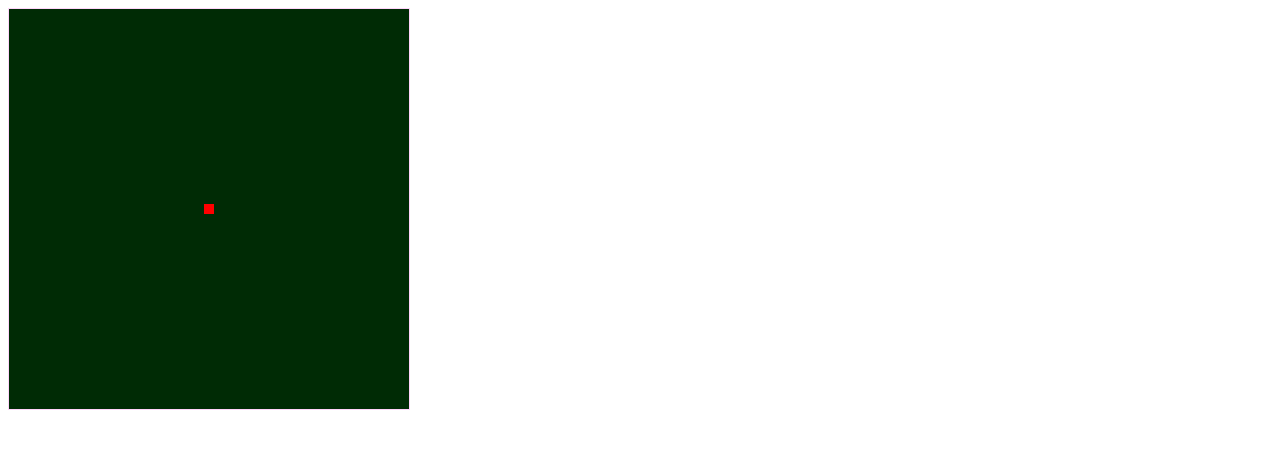
Repository: HyunraDate/ZhongpingShen
Page: Chocolate.html
An editor plug-in stored every save of this project. The page is shown before and after the next save, followed by the edit.
The browser window is 1280 px wide. The pictures show the whole page.

Above is the page before, as saved 2024-02-14 15:28:54.

### Chocolate.html
 <!DOCTYPE html>
 <html lang="en">
 <head>
    <meta charset="UTF-8">
    <meta name="viewport" content="width=device-width, initial-scale=1.0">
    <title>Valentines Day</title>
    <style>
      #webgl {
         border: 1px solid #ffd4fb;
      }
    </style>
 </head>

 <body>
    <canvas id="webgl" width="400" height="400">
      情人节快乐！
    </canvas>
    <script src="app.js"></script>
 </body>
 </html>

### app.js
let canvas = document.getElementById('webgl')
let gl = canvas.getContext('webgl') //webgl 是3d，2d直接写2d


//vertexShader, fragmentShader 组成program
let vertexSource = `
void main() {
    gl_Position = vec4 (0.0, 0.0, 0.0, 1.0);
    gl_PointSize = 10.0;
}
`
//glsl

//this is 像素点的颜色的信息
let fragmentSource = `
void main() {
    gl_FragColor = vec4(1.0, 0.0, 0.0, 1.0);
}
`;

//this is 容器
let vertexShader = gl.createShader(gl.VERTEX_SHADER)
let fragmentShader = gl.createShader(gl.FRAGMENT_SHADER)

gl.shaderSource(vertexShader, vertexSource)
gl.shaderSource(fragmentShader, fragmentSource)

gl.compileShader(vertexShader)
gl.compileShader(fragmentShader)

//program
let program = gl.createProgram()
gl.attachShader(program, vertexShader)
gl.attachShader(program, fragmentShader)
gl.linkProgram(program)
gl.useProgram(program)

//webgl (3d) //清空canvas画布
gl.clearColor(0.0, 0.17, 0.02, 1.0)  //(0.0, 0.0, 0.0, 1.0)Black //RGB + Ahpha透明通道，0.0完全透明
gl.clear(gl.COLOR_BUFFER_BIT) //大写：常量 like Math.PI //this is 清空颜色*(整个画布)

//画一个点
gl.drawArrays(gl.POINTS, 0,1)

//webgl (2d)
//ctx.fillRect(0, 0, 400, 400)
// gl.fillStyle = 'fuchsia'
// gl.fillRect(0, 0, 400, 400)

After the next save:
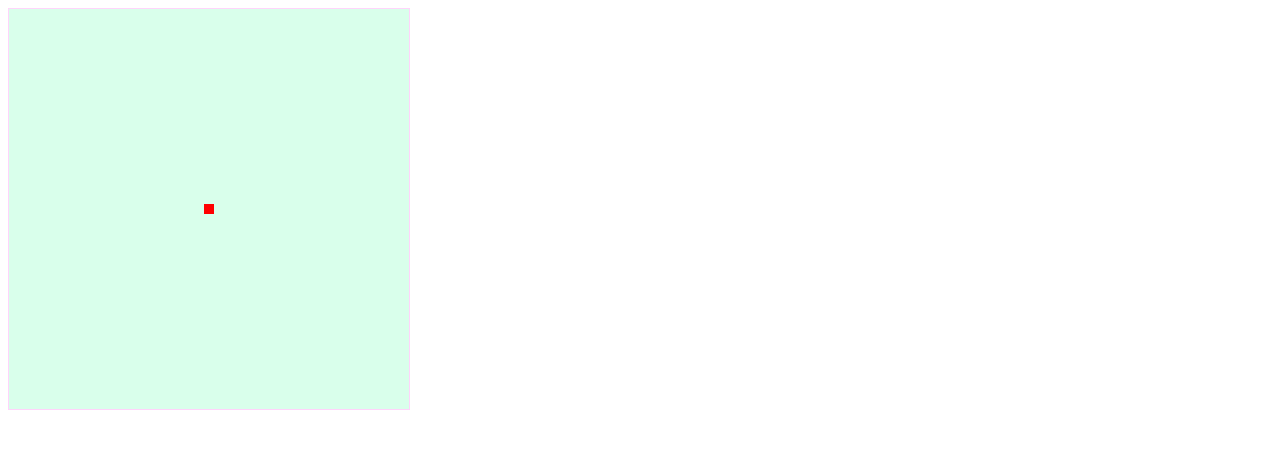
Saved 35 s later.
--- a/app.js
+++ b/app.js
@@ -36,7 +36,7 @@
 gl.useProgram(program)
 
 //webgl (3d) //清空canvas画布
-gl.clearColor(0.0, 0.17, 0.02, 1.0)  //(0.0, 0.0, 0.0, 1.0)Black //RGB + Ahpha透明通道，0.0完全透明
+gl.clearColor(0.85, 1.0, 0.92, 1.0)  //(0.0, 0.0, 0.0, 1.0)Black //RGB + Ahpha透明通道，0.0完全透明
 gl.clear(gl.COLOR_BUFFER_BIT) //大写：常量 like Math.PI //this is 清空颜色*(整个画布)
 
 //画一个点
